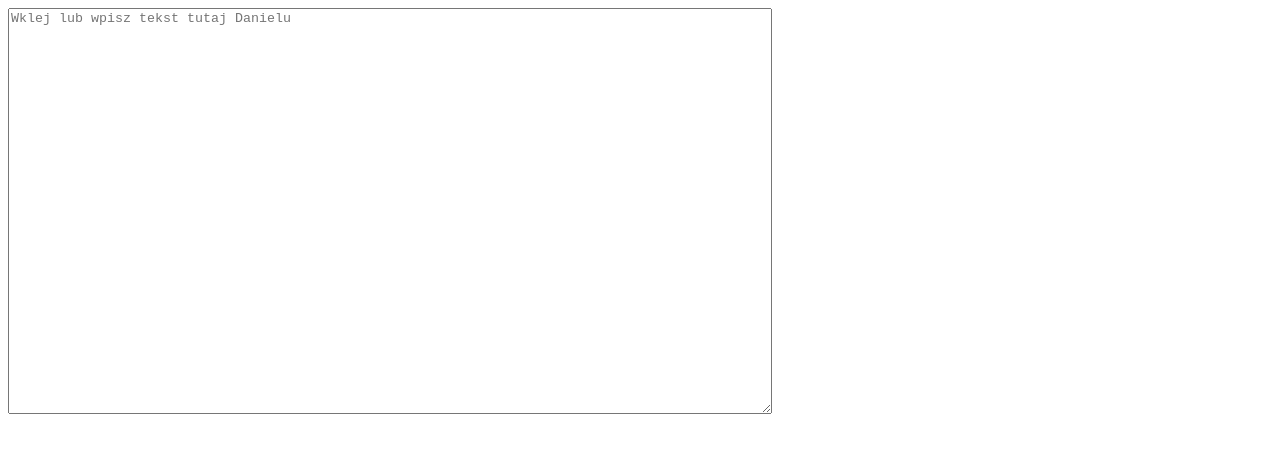
Repository: Gyeboorovsky/Playground
Page: Lettter Counter for Daniel/LetterCounter.html
An editor plug-in stored every save of this project. The page is shown before and after the next save, followed by the edit.
The browser window is 1280 px wide. The pictures show the whole page.

Above is the page before, as saved 2020-04-05 00:38:29.

After the next save:
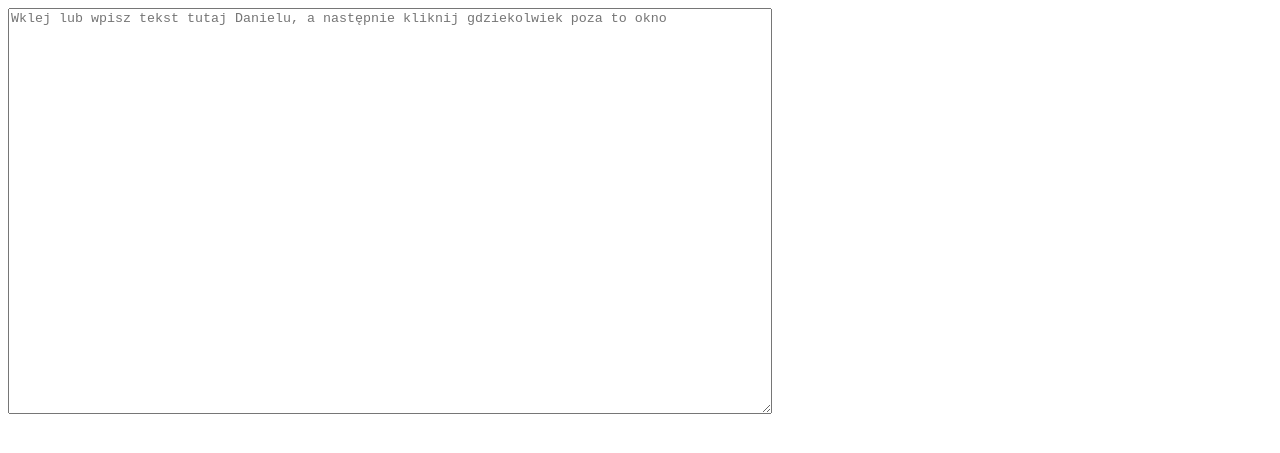
Saved 57 s later.
--- a/Lettter Counter for Daniel/LetterCounter.html
+++ b/Lettter Counter for Daniel/LetterCounter.html
@@ -4,7 +4,7 @@
         <link rel="stylesheet" type="text/css" href="style.css">
     </head>
     <body>
-        <textarea id="input" placeholder="Wklej lub wpisz tekst tutaj Danielu" onchange="checkLetters()"></textarea>
+        <textarea id="input" placeholder="Wklej lub wpisz tekst tutaj Danielu, a następnie kliknij gdziekolwiek poza to okno" onchange="checkLetters()"></textarea>
         <script>
             console.log("test");
             var text;
